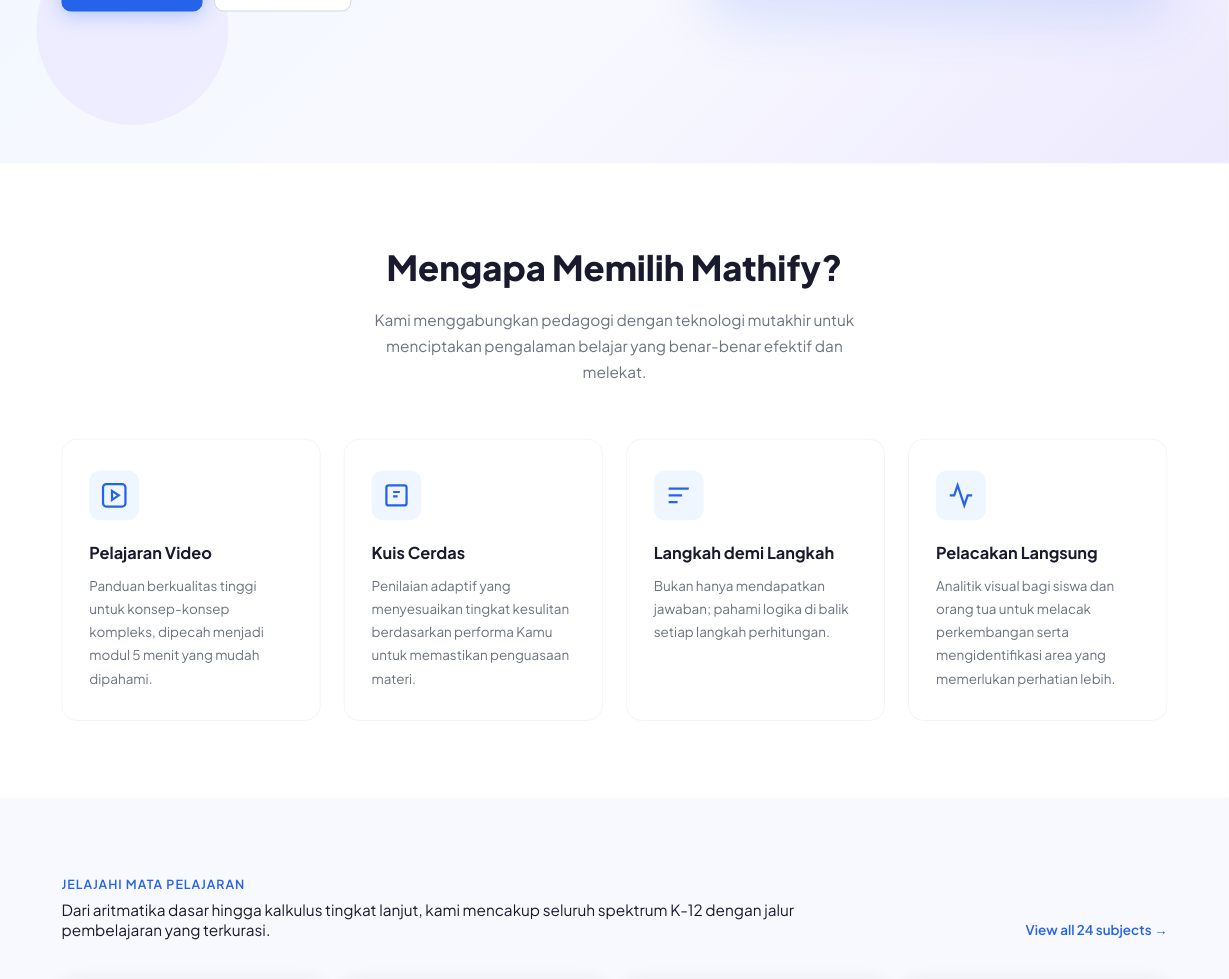
Repository: AdityaRevangga/Mathify
Page: / (app in frontend/)
These files come from the project's save history. The page is drawn as it stood at one moment and after the next save; the edit follows.
The browser window is 1280 px wide. The pictures show the part of the page from y = 550 to 1570 px (the page is 2658 px tall), at 96% of full size.
Pictures or frames that could not be fetched are drawn as grey boxes. The page's requests for data from a server got no answer. The project was rebuilt for these pictures with package versions that can differ from the ones it lists, and the page was loaded fresh each time. No one was signed in, and anything a server would have sent is missing. Also part of the build but not shown: frontend/vite.config.js, frontend/src/index.css, frontend/src/hooks/useAuth.js, frontend/src/router/ProtectedRoute.jsx, frontend/src/components/Sidebar.jsx, frontend/src/components/Topbar.jsx, frontend/src/layouts/DashboardLayout.jsx, frontend/src/layouts/AuthLayout.jsx and 14 more.

Above is the page before, as saved 2026-06-02 15:01:03.

After the next save:
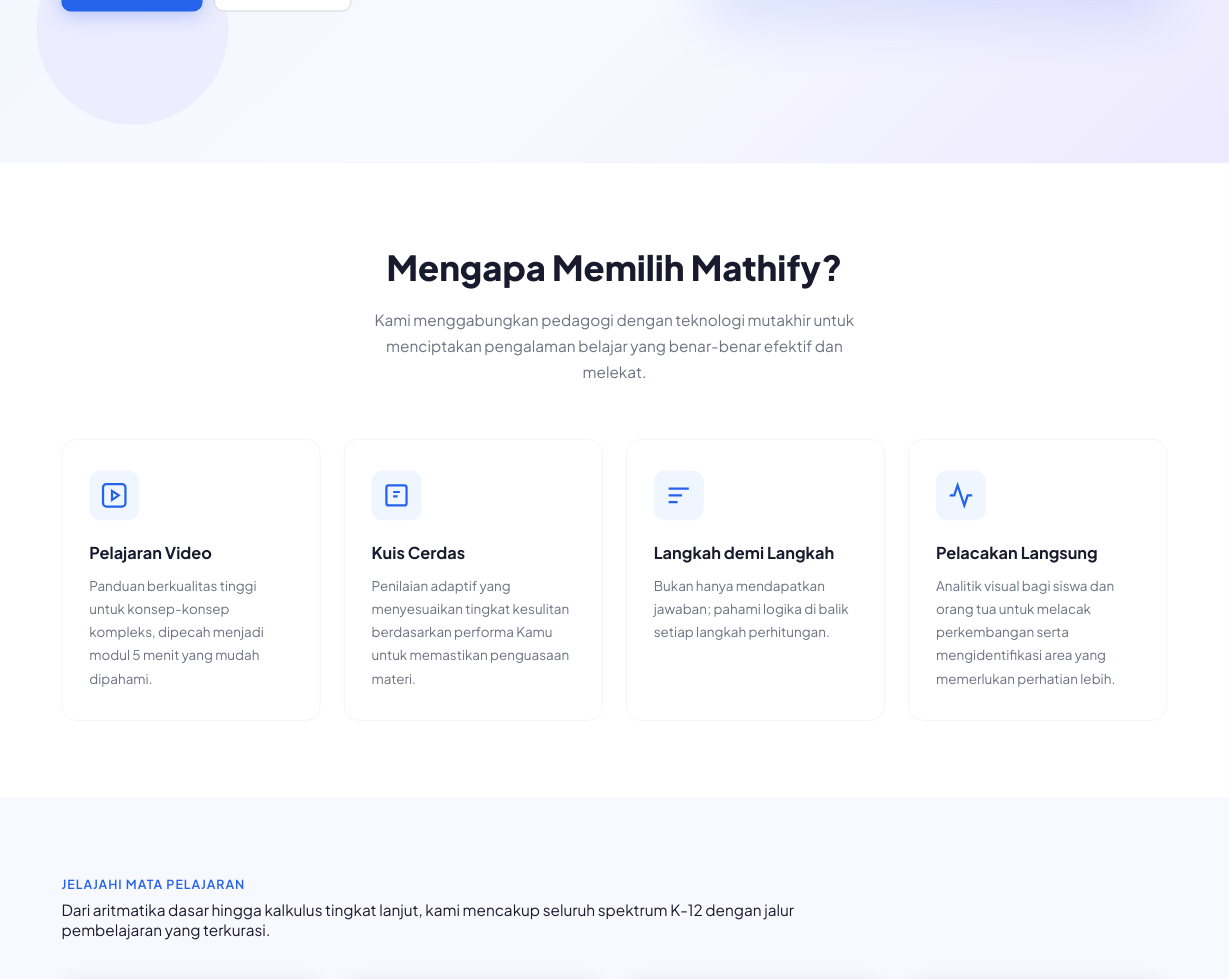
Saved 95 s later.
--- a/frontend/src/pages/LandingPage.jsx
+++ b/frontend/src/pages/LandingPage.jsx
@@ -220,9 +220,6 @@
                 Dari aritmatika dasar hingga kalkulus tingkat lanjut, kami mencakup seluruh spektrum K-12 dengan jalur pembelajaran yang terkurasi.
               </h2>
             </div>
-            <a href="#" style={{ color: '#2563EB', fontWeight: 600, fontSize: 14, textDecoration: 'none', whiteSpace: 'nowrap' }}>
-              View all 24 subjects →
-            </a>
           </div>
 
           <div style={{ display: 'grid', gridTemplateColumns: 'repeat(auto-fit, minmax(220px, 1fr))', gap: 20 }}>
